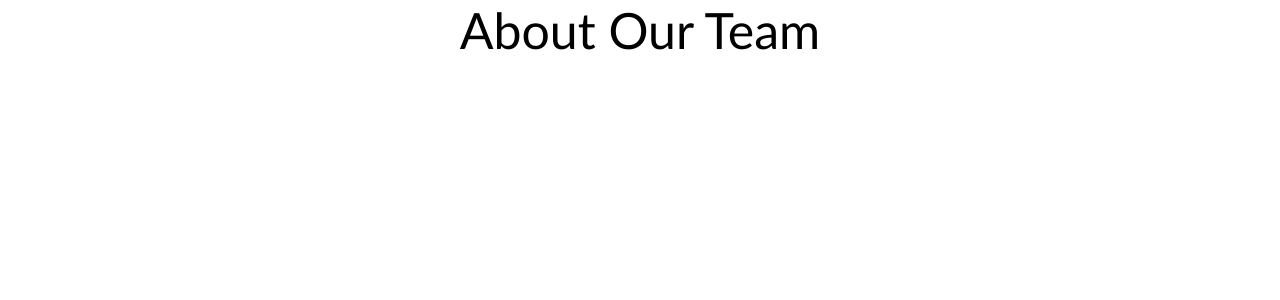
Repository: cartervandekamp/class03-styled-2109
Page: /about
These files come from the project's save history. The page is drawn as it stood at one moment and after the next save; the edit follows.
The browser window is 1280 px wide. The pictures show the whole page.
The project was rebuilt for these pictures with package versions that can differ from the ones it lists, and the page was loaded fresh each time. The framework's server and built-in components were replaced by stand-ins that run in the browser. Also part of the build but not shown: next.config.js.

Above is the page before, as saved 2023-01-24 16:07:27.

After the next save:
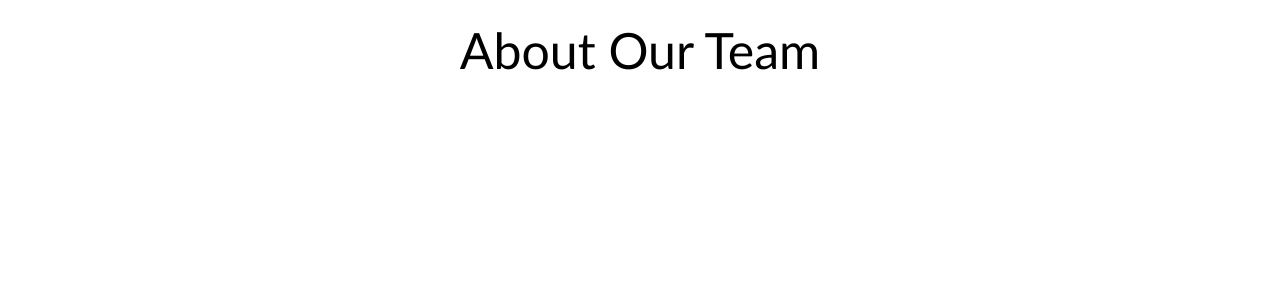
Saved 12 s later.
--- a/styles/About.module.css
+++ b/styles/About.module.css
@@ -1,4 +1,5 @@
 .title {
     text-align: center;
     font-size: 50px;
+    margin-top: 20px;
 }
